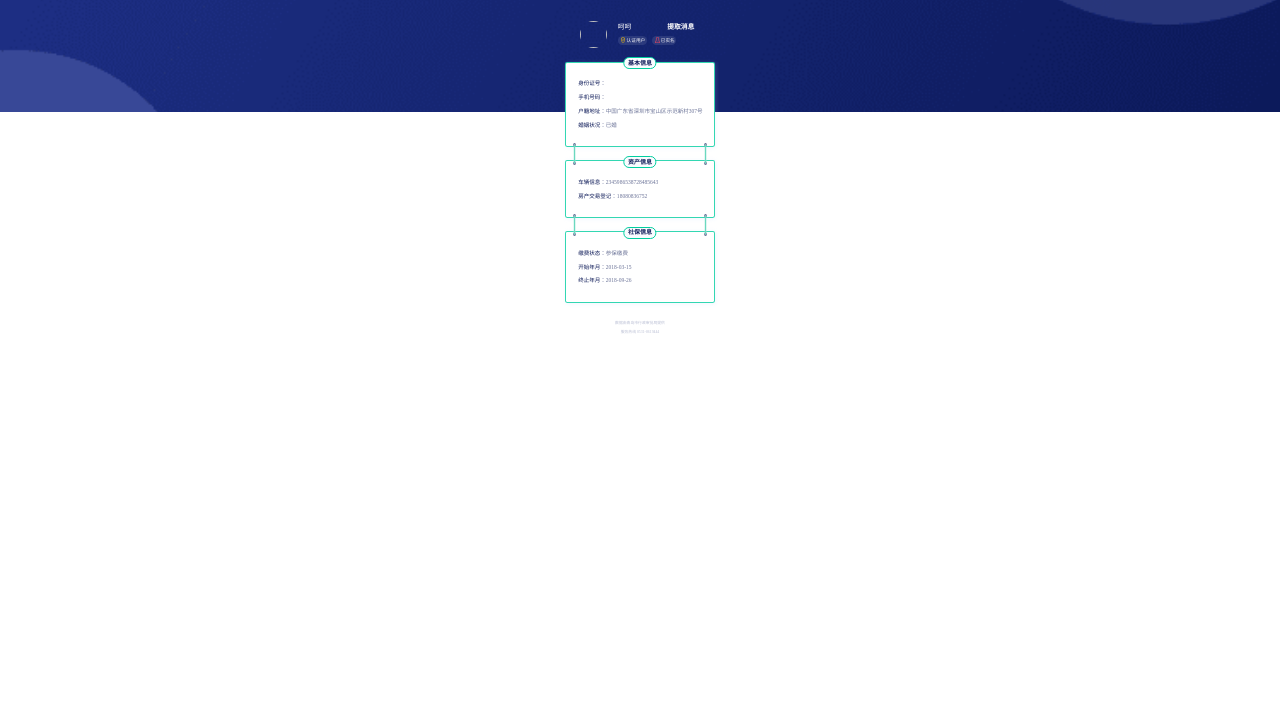
Repository: zlpstart/qingdao-new
Page: /Record
An editor plug-in stored every save of this project. The page is shown before and after the next save, followed by the edit.
The browser window is 1280 px wide. The pictures show the whole page.
The page's requests for data from a server got no answer. Some web fonts or font styles are not loaded; a fallback is used. The project was rebuilt for these pictures with package versions that can differ from the ones it lists, and the page was loaded fresh each time. No one was signed in, and anything a server would have sent is missing. Also part of the build but not shown: src/components/MySpace.vue, src/components/Home.vue, src/components/Enterprise.vue, src/components/Opinion.vue, src/components/Opinion2.vue, src/components/Car.vue, src/components/House.vue, src/components/License.vue and 5 more.

Above is the page before, as saved 2019-09-22 19:39:10.

### public/index.html
<!DOCTYPE html>
<html lang="en">
  <head>
    <meta charset="utf-8">
    <meta http-equiv="X-UA-Compatible" content="IE=edge">
    <meta name="viewport" content="width=device-width,initial-scale=1.0">
    <link rel="icon" href="<%= BASE_URL %>favicon.ico">
    <title></title>
  </head>
  <body>
    <noscript>
      <strong>We're sorry but zlp doesn't work properly without JavaScript enabled. Please enable it to continue.</strong>
    </noscript>
    <div id="app"></div>
    <!-- built files will be auto injected -->
  </body>
</html>

### src/main.js
import Vue from 'vue'
import './plugins/axios'
import App from './App.vue'
import 'lib-flexible'
import router from './router'
import axios from 'axios'


//vuex
import vuex from 'vuex'
Vue.use(vuex)



import 'babel-polyfill'
import Es6Promise from 'es6-promise'
import store from './store'
require('es6-promise').polyfill()
Es6Promise.polyfill()

Vue.config.productionTip = false
Vue.prototype.$ajax = axios


// import VueWechatTitle from 'vue-wechat-title'
// Vue.use(VueWechatTitle)


// 根据路由设置标题
router.beforeEach((to, from, next) => {
  /*路由发生改变修改页面的title */
  if(to.meta.title) {
    document.title = to.meta.title
  }
  next();
})


new Vue({
  router,
  store,
  render: h => h(App)
}).$mount('#app')

### src/App.vue
<template>
  <div id="app">
    <router-view></router-view>
  </div>
</template>

<script>
export default {
  data(){
    return {

    }
  },
}
</script>


<style>
* {
  padding: 0;
  margin:0;
}
  @font-face {
    font-family:'avenir';
    src:url('./assets/NotoSansHans-Medium.otf')
  }
  h1,h2,h3,h4,h5,h6,span,b,i,li,p {
    font-family: avenir
  }
</style>

### src/router.js
import Vue from 'vue'
import Router from 'vue-router'
import MySpace from './components/MySpace'
import Home from './components/Home'
import Enterprise from './components/Enterprise'
import Opinion from './components/Opinion'
import Opinion2 from './components/Opinion2'
import Record from './components/Record'
import Car from './components/Car'
import House from './components/House'
import License from './components/License'
import License2 from './components/License2'
import Footprint from './components/Footprint'
import Record2 from './components/Record2'
import Footprint2 from './components/Footprint2'
import NotFound from './components/NotFound'


Vue.use(Router)

export default new Router({
  mode: 'history',
  routes: [
    {
      path: '/',
      name: 'MySpace',
      component:MySpace,
      meta:{title:'青岛政务通'}
    },
    {
      path: '/Home',
      name: 'Home',
      component:Home,
      meta:{title:'导航栏'}
    },
    {
      path: '/Opinion',
      name: 'Opinion',
      component:Opinion,
      meta:{title:'意见反馈'}
    },
    {
      path: '/Enterprise',
      name: 'Enterprise',
      component:Enterprise,
      meta:{title:'企业空间'}
    },
    {
      path: '/Opinion2',
      name: 'Opinion2',
      component:Opinion2,
      meta:{title:'企业意见反馈'}
    },
    {
      path: '/Record',
      name: 'Record',
      component:Record,
      meta:{title:'我的档案'}
    },
    {
      path: '/Car',
      name: 'Car',
      component:Car,
      meta:{title:'车辆登记信息'}
    },
    {
      path: '/House',
      name: 'House',
      component:House,
      meta:{title:'房屋登记信息'}
    },
    {
      path: '/License',
      name: 'License',
      component:License,
      meta:{title:'我的证照'}
    },
    {
      path: '/Footprint',
      name: 'Footprint',
      component:Footprint,
      meta:{title:'我的足迹'}
    },
    {
      path: '/Record2',
      name: 'Record2',
      component:Record2,
      meta:{title:'企业档案'}
    },
    {
      path: '/Footprint2',
      name: 'Footprint2',
      component:Footprint2,
      meta:{title:'企业足迹'}
    },
    {
      path: '/License2',
      name: 'License2',
      component:License2,
      meta:{title:'企业证照'}
    },
    { /* 404必须是最后一个路由 */
      name: '404',
      path: '*',
      meta: {
          title: '找不到页面'
      },
      component: NotFound
  }
  ]
})

### src/store/index.js
import Vue from 'vue'
import Vuex from 'vuex'
import user from './modules/user'

Vue.use(Vuex)

export default new Vuex.Store({
    modules:{
        user
    }
})

### src/components/Record.vue
<template>
  <div>
    <!-- 个人档案 -->
    <div class="Record" v-if="show">
      <TopBar></TopBar>
      <div class="header">
        <div class="header_wrap">
          <div class="header_left">
            <img :src="allUser.imgAddr" />
          </div>
          <div class="header_right">
            <div class="header_right_p">
              <p>{{allUser.realName}}呵呵</p>
              <p @click="extract">提取消息</p>
            </div>
            <div class="header_right_span">
              <span>
                <img src="../assets/认证.png" alt />
                认证用户
              </span>
              <span>
                <img src="../assets/实名.png" alt />
                已实名
              </span>
            </div>
          </div>
        </div>
      </div>
      <div class="Record_content_box">
        <div :class="{legal_content:changeClass,legal2_content:changeStyle}">
          <div class="legal_title">
            <h1>基本信息</h1>
          </div>
          <ul v-if="tiqu">
            <li>
              <b>身份证号：</b>
              {{allUser.idCode}}
            </li>
            <li>
              <b>手机号码：</b>
              {{allUser.mobile}}
            </li>
            <li>
              <b>户籍地址：</b>中国广东省深圳市宝山区示范新村307号
            </li>
            <li>
              <b>婚姻状况：</b>已婚
            </li>
          </ul>
          <div class="checkbox" v-if="changeStyle">
            <input type="checkbox" v-model="box" value="基本信息" />
          </div>
        </div>
        <div :class="{legal_content:changeClass,legal2_content:changeStyle}">
          <div class="decorate">
            <div class="decorate_left"></div>
            <div class="decorate_right"></div>
          </div>
          <div class="legal_title">
            <h1>资产信息</h1>
          </div>
          <ul v-if="tiqu">
            <li>
              <b>车辆信息：</b>2345986538728485643
            </li>
            <li>
              <b>房产交易登记：</b>18080836752
            </li>
          </ul>
          <div class="checkbox" v-if="changeStyle">
            <input type="checkbox" v-model="box" value="资产信息" />
          </div>
        </div>
        <div :class="{legal_content:changeClass,legal2_content:changeStyle}">
          <div class="decorate">
            <div class="decorate_left"></div>
            <div class="decorate_right"></div>
          </div>
          <div class="legal_title">
            <h1>社保信息</h1>
          </div>
          <ul v-if="tiqu">
            <li>
              <b>缴费状态：</b>参保缴费
            </li>
            <li>
              <b>开始年月：</b>2018-03-15
            </li>
            <li>
              <b>终止年月：</b>2018-09-26
            </li>
          </ul>
          <div class="checkbox" v-if="changeStyle">
            <input type="checkbox" v-model="box" value="社保信息" />
          </div>
        </div>
        <div class="kong"></div>
        <div class="bottom" v-if="changeClass">
          <span></span>
          <p>数据由青岛市行政审批局提供</p>
          <span></span>
          <p>服务热线 0531-8619444</p>
        </div>
      </div>
    </div>
    <div class="footer" v-if="changeStyle">
      <div class="footer_btn1">更多</div>
      <div class="footer_btn2">下载</div>
      <div class="footer_btn3">预览</div>
      <div class="footer_btn4">扫码打印</div>
    </div>

    <!-- 企业档案 -->
    <div class="Record" v-if="!show">
      <TopBar></TopBar>
      <div class="header">
        <div class="header_wrap">
          <div class="header_left">
            <img :src="allUser.imgAddr" />
          </div>
          <div class="header_right">
            <div class="header_right_p">
              <p>{{allUser.realName}}呵呵</p>
              <p @click="extract">提取消息</p>
            </div>
            <div class="header_right_span">
              <span>
                <img src="../assets/认证.png" alt />
                认证用户
              </span>
              <span>
                <img src="../assets/实名.png" alt />
                已实名
              </span>
            </div>
          </div>
        </div>
      </div>
      <div class="Record_content_box">
        <div :class="{legal_content:changeClass,legal2_content:changeStyle}">
          <div class="legal_title">
            <h1>基本信息</h1>
          </div>
          <ul v-if="tiqu">
            <li>
              <b>身份证号：</b>
              {{allUser.idCode}}
            </li>
            <li>
              <b>手机号码：</b>
              {{allUser.mobile}}
            </li>
            <li>
              <b>户籍地址：</b>中国广东省深圳市宝山区示范新村307号
            </li>
            <li>
              <b>婚姻状况：</b>已婚
            </li>
          </ul>
          <div class="checkbox" v-if="changeStyle">
            <input type="checkbox" v-model="box" value="基本信息" />
          </div>
        </div>
        <div :class="{legal_content:changeClass,legal2_content:changeStyle}">
          <div class="decorate">
            <div class="decorate_left"></div>
            <div class="decorate_right"></div>
          </div>
          <div class="legal_title">
            <h1>资产信息</h1>
          </div>
          <ul v-if="tiqu">
            <li>
              <b>车辆信息：</b>2345986538728485643
            </li>
            <li>
              <b>房产交易登记：</b>18080836752
            </li>
          </ul>
          <div class="checkbox" v-if="changeStyle">
            <input type="checkbox" v-model="box" value="资产信息" />
          </div>
        </div>
        <div :class="{legal_content:changeClass,legal2_content:changeStyle}">
          <div class="decorate">
            <div class="decorate_left"></div>
            <div class="decorate_right"></div>
          </div>
          <div class="legal_title">
            <h1>社保信息</h1>
          </div>
          <ul v-if="tiqu">
            <li>
              <b>缴费状态：</b>参保缴费
            </li>
            <li>
              <b>开始年月：</b>2018-03-15
            </li>
            <li>
              <b>终止年月：</b>2018-09-26
            </li>
          </ul>
          <div class="checkbox" v-if="changeStyle">
            <input type="checkbox" v-model="box" value="社保信息" />
          </div>
        </div>
        <div class="kong"></div>
        <div class="bottom" v-if="changeClass">
          <span></span>
          <p>数据由青岛市行政审批局提供</p>
          <span></span>
          <p>服务热线 0531-8619444</p>
        </div>
      </div>
    </div>
    <div class="footer" v-if="changeStyle">
      <div class="footer_btn1">更多</div>
      <div class="footer_btn2">下载</div>
      <div class="footer_btn3">预览</div>
      <div class="footer_btn4">扫码打印</div>
    </div>
  </div>
</template>

<script>
import TopBar from "./TopBar";
import { mapGetters, mapActions } from "vuex";

export default {
  name: "Record",
  data() {
    return {
      tiqu: true,
      //正常样式
      changeClass: true,
      //点击样式
      changeStyle: false,
      //多选选中
      box: []
    };
  },
  components: {
    TopBar
  },
  methods: {
    to() {
      this.$router.go(0);
    },
    ...mapActions(["getUsers"]),
    extract() {
      // if (this.tiqu == true) {
      //     this.tiqu = false
      // }else {
      //     this.tiqu = true;
      // }
      // var legal = document.getElementsByClassName("legal_title");
      // var content = document.getElementsByClassName("legal_content");
      // var decorate = document.getElementsByClassName("decorate")
      // for(var i = 0 ; i < legal.length; i ++){
      //     if (legal[i].style.top < 1) {
      //         legal[i].style.top="1.3867rem"
      //         legal[i].style.transition = "all 1s"
      //         content[i].style.width = '7.5067rem'
      //         legal[i].style.width = "all 1s"
      //         content[i].style.left = ' -0.5667rem'
      //         legal[i].style.left = "all 1s"
      //         decorate[i].style.width = '7.4267rem'
      //         legal[i].style.width = "all 1s"
      //     }else if(legal[i].style.top > 1){
      //         legal[i].style.top="0.3867rem"
      //          content[i].style.width = 'none'
      //         content[i].style.transition = 'all 1s'
      //     }
      // }
      // console.log(legal[i].style.top)

      this.changeClass = !this.changeClass;
      this.changeStyle = !this.changeStyle;
      this.tiqu = !this.tiqu;
      console.log(this.changeClass);
    }
  },
  created() {
    this.getUsers();
  },
  computed: {
    ...mapGetters(["allUser", "show"])
  }
};
</script>

<style scoped>
* {
  padding: 0;
  margin: 0;
}
.Record {
  height: 100vh;
}
ul {
  list-style: none;
}
a {
  text-decoration: none;
}
body {
  background: #f7faff;
}
.logo {
  width: 100%;
  height: 0.3733rem;
  position: absolute;
  top: 1.0133rem;
}
.logo_left p {
  float: left;
}
.logo_left p:nth-child(1) {
  margin-left: 0.3867rem;
}
.logo_left p:nth-child(2) {
  margin-left: 0.32rem;
}
.logo_left img {
  width: 0.4rem;
  height: 0.4rem;
}
.logo a {
  color: white;
}
.logo_title {
  width: 4.6333rem;
  margin: 0 auto;
  text-align: center;
}
.logo_title p {
  font-size: 0.4rem;
  font-weight: 500;
  color: rgba(255, 255, 255, 1);
}
.header {
  width: 100%;
  height: 1.7067rem;
  position: absolute;
  top: 1.32rem;
}
.header_wrap {
  width: 7.48rem;
  margin: 0 auto;
  padding: 0 0.72rem;
}
.header_left {
  width: 1.7067rem;
  height: 1.7067rem;
  float: left;
  border-radius: 1.7067rem;
  overflow: hidden;
}
.header_left img {
  width: 1.7067rem;
  height: 1.7067rem;
  background-size: 100%;
  overflow: hidden;
}
.header_right {
  width: 2.9rem;
  height: 1.3333rem;
  float: left;
  margin-left: 0.64rem;
}
.header_right_p {
  width: 5.6667rem;
  height: 0.7rem;
}
.header_right_p p {
  font-size: 0.4267rem;
  font-weight: 500;
  color: rgba(255, 255, 255, 1);
  float: left;
}
.header_right_span {
  width: 5.2667rem;
  margin-top: 0.2267rem;
  height: 0.5867rem;
}
.header_right_span img {
  width: 0.2933rem;
  height: 0.3333rem;
  margin-left: 0.0933rem;
}
.header_right_span span {
  padding: 0.0933rem 0.0933rem 0.0933rem 0.0933rem;
  border-radius: 0.32rem;
  background: rgba(255, 255, 255, 0.1);
  float: left;
  margin-left: 0.32rem;
  font-size: 0.2933rem;
  font-weight: 500;
  color: rgba(255, 255, 255, 1);
}
.header_right_span span:nth-child(1) {
  margin-left: 0;
}

.header_right_p p:nth-child(2) {
  width: 1.8533rem;
  font-size: 0.4267rem;
  font-family: PingFangSC;
  font-weight: 600;
  color: rgba(255, 255, 255, 1);
  float: left;
  margin-left: 2.24rem;
}

.decorate {
  width: 8.4267rem;
  padding: 0 0.4267rem;
  position: absolute;
  top: -1.16rem;
  left: 0;
}
.checkbox {
  position: absolute;
  right: -0.7667rem;
}
.checkbox input[type="checkbox"] {
  width: 0.2667rem;
  height: 0.2667rem;
  border: 0.0133rem solid #000;
  border-radius: 50%;
}
.decorate img {
  width: 100%;
  height: 100%;
}
.decorate_left {
  width: 0.24rem;
  background: url("../assets/连接.png") no-repeat center center;
  background-size: 100%;
  height: 1.36rem;
  float: left;
}
.decorate_right {
  width: 0.24rem;
  background: url("../assets/连接.png") no-repeat center center;
  height: 1.36rem;
  background-size: 100%;
  float: right;
}

.Record_content_box {
  width: 100%;
  position: absolute;
  top: 3.0267rem;
  left: 50%;
  transform: translate(-50%);
  margin-bottom: 0.9333rem;
}
.kong {
  width: 100%;
  height: 1rem;
}
.bottom {
  width: 100%;
  height: 1.3333rem;
  line-height: 0.5667rem;
  text-align: center;
}
.bottom p {
  font-size: 0.24rem;
  font-weight: 400;
  color: #babfd4;
}
/* 更改前 */
.legal_content ul li {
  font-size: 0.3467rem;
  font-weight: 400;
  color: #6c7498;
}
.legal_content ul li b {
  font-size: 0.3467rem;
  font-weight: 400;
  color: rgba(11, 24, 86, 1);
}
.legal_content:nth-child(1).decorate {
  display: none;
}
.legal_content {
  width: 8.5067rem;
  background: rgba(255, 255, 255, 1);
  box-shadow: 0.0533rem 0.0533rem 0.2667rem 0rem rgba(173, 206, 255, 0.2);
  border-radius: 0.1333rem;
  border: 0.0133rem solid rgba(0, 206, 159, 0.8);
  margin: 0 auto;
  margin-top: 0.8267rem;
  position: relative;
  padding: 1.0133rem 0 1.0933rem 0.7733rem;
}
.legal_content li:nth-child(1) {
  margin-top: 0;
}
.legal_content li b {
  font-size: 0.3467rem;
  font-weight: 400;
  color: #0b1856;
}
.legal_content li {
  font-size: 0.3467rem;
  font-weight: 400;
  margin-top: 0.3733rem;
  color: rgba(11, 24, 86, 1);
}
.legal_title {
  padding: 0.1033rem 0.2333rem;
  height: 0.42rem;
  background: rgba(250, 252, 255, 1);
  border-radius: 0.36rem;
  border: 0.0267rem solid rgba(0, 206, 159, 1);
  margin: 0 auto;
  line-height: 0.42rem;
  text-align: center;
  position: absolute;
  top: 0.3867rem;
  left: 50%;
  margin-top: -0.36rem;
  transform: translate(-50%, -50%);
  transition: 1s all;
}
.legal_title h1 {
  font-size: 0.3733rem;
  font-family: PingFangSC-Medium;
  color: rgba(11, 24, 86, 1);
}
/* 更改后 */

.legal2_content ul li {
  font-size: 0.3467rem;
  font-weight: 400;
  color: #6c7498;
}
.legal2_content ul li b {
  font-size: 0.3467rem;
  font-weight: 400;
  color: rgba(11, 24, 86, 1);
}
.legal2_content:nth-child(1).decorate {
  display: none;
}
.legal2_content {
  width: 7.5067rem;
  background: rgba(255, 255, 255, 1);
  box-shadow: 0.0533rem 0.0533rem 0.2667rem 0rem rgba(173, 206, 255, 0.2);
  border-radius: 0.1333rem;
  border: 0.0133rem solid rgba(0, 206, 159, 0.8);
  margin: 0 auto;
  transition: 1s all;
  left: -0.5667rem;
  margin-top: 0.8267rem;
  position: relative;
  padding: 1.0133rem 0 1.0933rem 0.7733rem;
}
.legal2_content li:nth-child(1) {
  margin-top: 0;
}
.legal2_content li b {
  font-size: 0.3467rem;
  font-weight: 400;
  color: #0b1856;
}
.legal2_content li {
  font-size: 0.3467rem;
  font-weight: 400;
  margin-top: 0.3733rem;
  color: rgba(11, 24, 86, 1);
}
.legal2_content .legal_title h1 {
  font-size: 0.3733rem;
  font-family: PingFangSC-Medium;
  color: rgba(11, 24, 86, 1);
}
.legal2_content .legal_title {
  padding: 0.1033rem 0.2333rem;
  height: 0.42rem;
  background: rgba(250, 252, 255, 1);
  border-radius: 0.36rem;
  border: 0.0267rem solid rgba(0, 206, 159, 1);
  margin: 0 auto;
  line-height: 0.42rem;
  text-align: center;
  position: absolute;
  top: 1.3867rem;
  left: 50%;
  transition: 1s all;
  margin-top: -0.36rem;
  transform: translate(-50%, -50%);
}
.legal2_content .decorate {
  width: 7.4267rem;
}
.footer {
  width: 100%;
  height: 1.8667rem;
  line-height: 1.8667rem;
  position: fixed;
  bottom: 0;
  background: gray;
}
.footer_btn1,
.footer_btn2,
.footer_btn3 {
  width: 1.6rem;
  height: 0.8rem;
  background: rgba(255, 255, 255, 0.99);
  border-radius: 30px;
  border: 0.0267rem solid rgba(0, 194, 150, 1);
  line-height: 0.8rem;
  float: left;
  text-align: center;
  font-size: 0.3467rem;
  font-family: PingFangSC-Semibold, PingFangSC;
  font-weight: 600;
  color: rgba(0, 194, 150, 1);
  margin-top: 0.32rem;
  margin-left: 0.4267rem;
}

input[type="checkbox"] {
  width: 20px;
  height: 20px;
  border: 1px solid #000;
  border-radius: 50%;
}
.footer_btn4 {
  width: 2.1333rem;
  height: 0.8rem;
  background: rgba(0, 194, 150, 1);
  box-shadow: 0px 0.0267rem 0.1333rem 0rem rgba(0, 194, 150, 0.53);
  border-radius: 0.4rem;
  line-height: 0.8rem;
  float: left;
  text-align: center;
  font-size: 0.3467rem;
  font-family: PingFangSC-Semibold, PingFangSC;
  font-weight: 600;
  color: rgba(255, 255, 255, 1);
  margin-top: 0.32rem;
  margin-left: 1.4667rem;
}
</style>

### src/store/modules/user.js
import axios from 'axios'

const state ={
    user:[],
    code:"",
    boy:require("../../assets/boy.png"),
    gril:require("../../assets/gril.png"),
    corporation:require("../../assets/corporation.png"),
    show:true
}

const getters = {
    allUser: state => state.user,
    userImg: state => state.img,
    boy: state => state.boy,
    gril: state => state.gril,
    show:state => state.show
}

const mutations = {
    // 更改user信息方法
    setUsers:(state,users) => (state.user = users),
    //获取用户code
    getCode:(state) => {
        let URL = window.location.href  // 获取到当前url
        var b = ""      //准备获取code
        if(URL.indexOf("=")>-1){ //判断url里最后一个=的位置 是否大于0
            b = URL.substring(URL.indexOf("=")+1,URL.length-16)  // 如果大于0 则截取URL的=后字符串
            window.localStorage.setItem("code",b)   //将URL的code 存入localStorage
        }
        state.code = window.localStorage.getItem("code")      //获取到localStorage 里的的code 并存入code变量
    },
}

const actions = {
     async getUsers({commit,state}){
        await commit("getCode")
        axios.get("http://120.55.60.206:18082/api/getUserInfo?code="+state.code) //请求接口
        .then(res => {
            // console.log("成功请求",res)
            res.data.category = 0
            if(res.data.category == 13){
                state.show = true
                // console.log(state.show)
                window.open("/")
                axios.get("http://120.55.60.206:18082/api/getNormalUserDetailInfo?code="+state.code)
                .then(i => {
                    // console.log(i.data)
                    if(i.data.imgAddr == ""){       //判断用户是否上传头像
                        if(i.data.gender == 0){     //判断用户是否是男人
                            i.data.imgAddr = state.boy    //把接口数据的空值 改成本地男生图片路径
                            // console.log(i.data.imgAddr)
                        }else{                      //判断用户是否是女人
                            i.data.imgAddr = state.gril   //把接口数据的空值 改成本地女生图片路径
                            // console.log(i.data.imgAddr)
                        }
                    }
                    commit("setUsers",i.data)
                })
                .catch(j => console.log(j))
            }else {
                state.show = false
                // console.log(state.show)
                window.open("/Enterprise")
                axios.get("http://120.55.60.206:18082/api/getNormalUserDetailInfo?code="+state.code)
                .then(a => {
                    // console.log(a.data)
                    if(a.data.imgAddr == ""){
                        a.data.imgAddr = state.corporation
                    }
                    commit("setUsers",a.data)
                })
                // .catch(b => console.log(b))
            }
            commit("setUsers",res.data)
        })
    }
}

export default {
    state,
    getters,
    mutations,
    actions
}

### src/components/TopBar.vue
<template>
    <div class="TopBar">

    </div>
</template>

<script>
export default {
    name:"TopBar",
    data(){
        return {

        }
    },
    methods:{

    },
}
</script>

<style scoped>
* {
    padding: 0;
    margin: 0;
}
ul {
    list-style: none;
}
a {
    text-decoration: none;
}
body {
    background: #F7FAFF;
}
.TopBar {
    width: 100%;
    height: 7.0267rem;
    background: url("../assets/topbackground.png")no-repeat center center;
    background-size:100%;
}

</style>

Loaded but not shown: src/plugins/axios.js (common file)

After the next save:
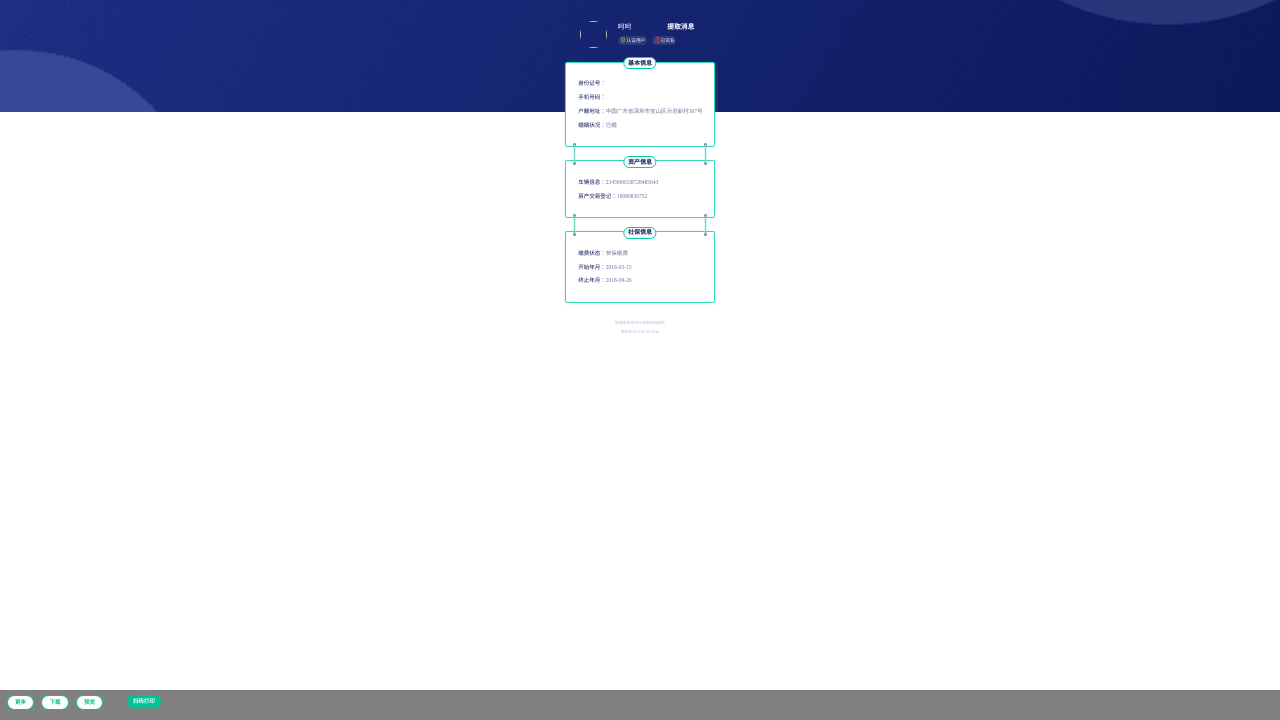
Saved 4 s later.
--- a/src/components/Record.vue
+++ b/src/components/Record.vue
@@ -103,7 +103,7 @@
         </div>
       </div>
     </div>
-    <div class="footer" v-if="changeStyle">
+    <div class="footer" v-if="!changeStyle">
       <div class="footer_btn1">更多</div>
       <div class="footer_btn2">下载</div>
       <div class="footer_btn3">预览</div>
